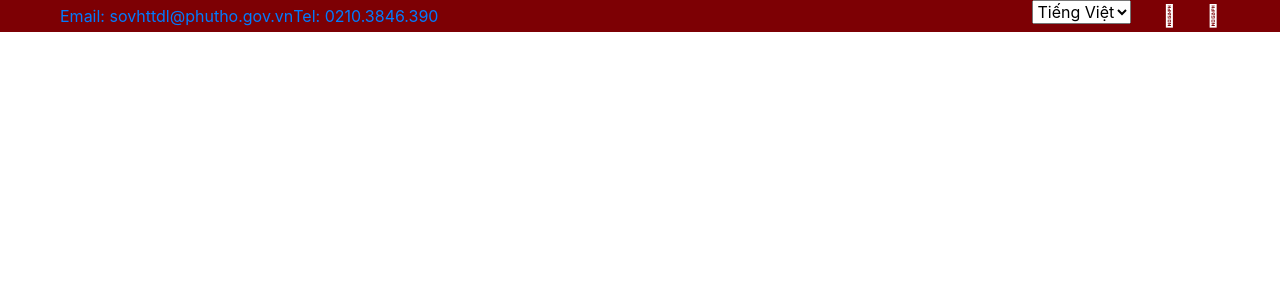
Repository: NgocNB20/Front_end_KLTN
Page: index.html
An editor plug-in stored every save of this project. The page is shown before and after the next save, followed by the edit.
The browser window is 1280 px wide. The pictures show the whole page.
Some web fonts or font styles are not loaded; a fallback is used. Some web libraries are served in a nearby version.

Above is the page before, as saved 2021-11-28 10:40:49.

After the next save:
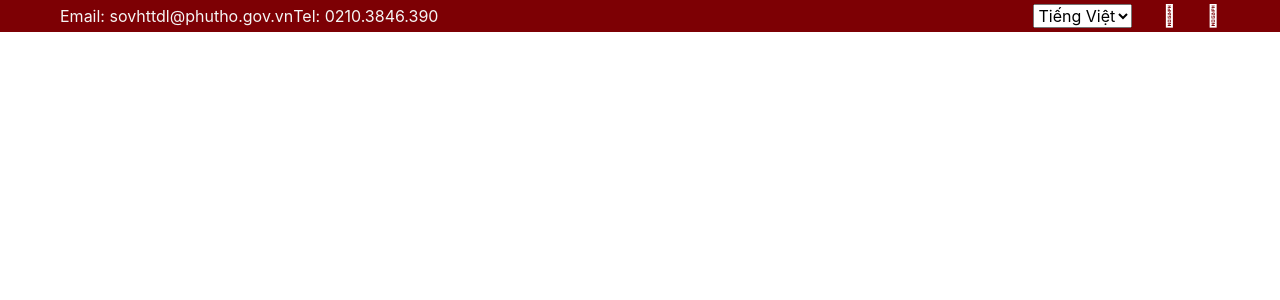
Saved 105 s later.
--- a/style.css
+++ b/style.css
@@ -73,10 +73,8 @@
     align-items: center;
     padding-right: 60px;
 }
-.main-nav__right .bootstrap-select:not([class*="col-"]):not([class*="form-control"]):not(.input-group-btn) {
-    width: 100px;
-    position: relative;
-    top: -4px;
+.topbar-one__left a {
+    color: #F5F5F5 !important;
 }
 
 
